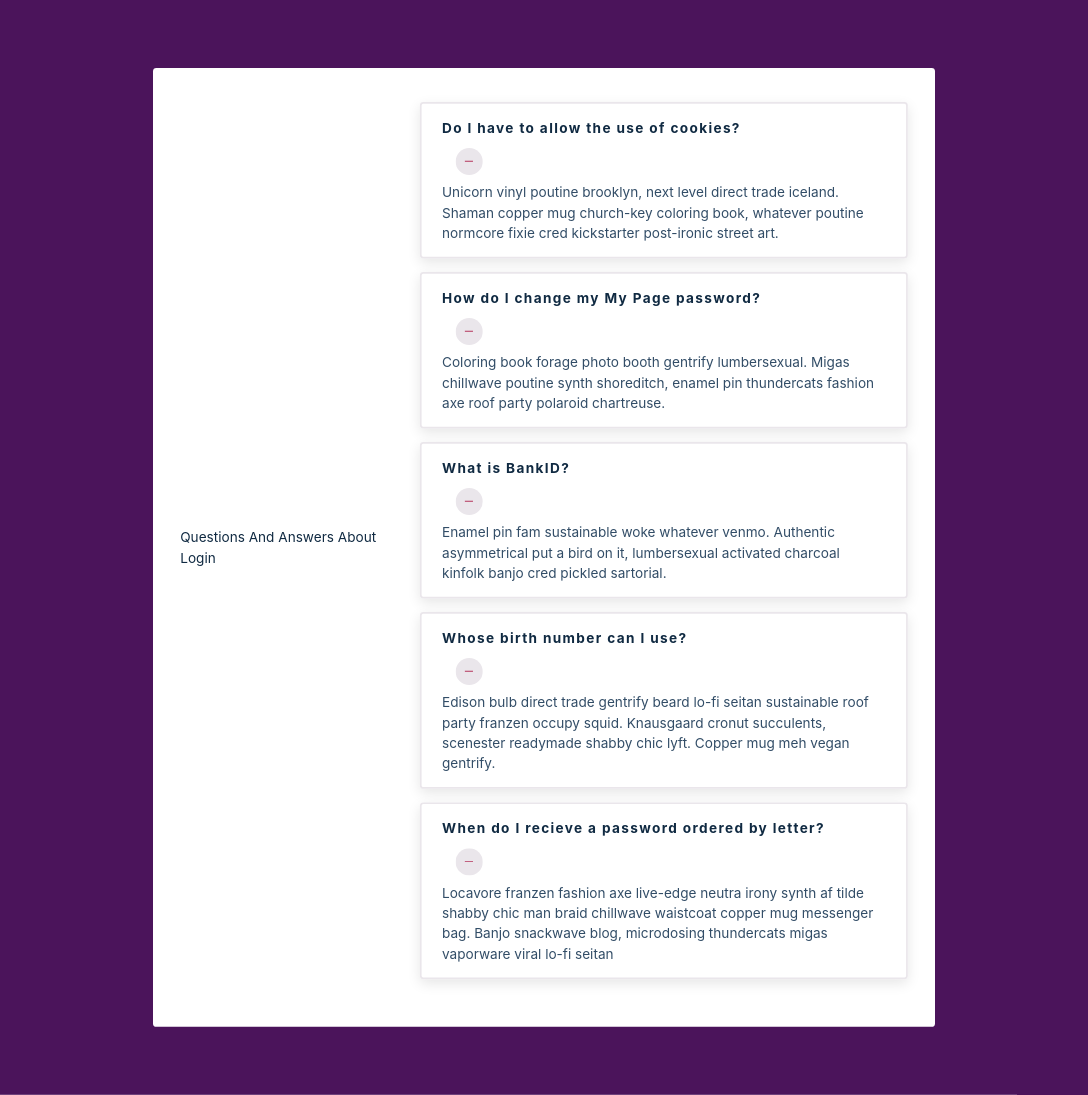
Repository: Reghanoid/Accordion
Page: /
The author's editor kept a copy of each file at every save. The page is drawn from the files as they stood at one save, then again after the next save.
The browser window is 1280 px wide. The pictures show the whole page, at 85% of full size.
The project was rebuilt for these pictures with package versions that can differ from the ones it lists, and the page was loaded fresh each time.

Above is the page before, as saved 2022-06-06 16:56:12.

After the next save:
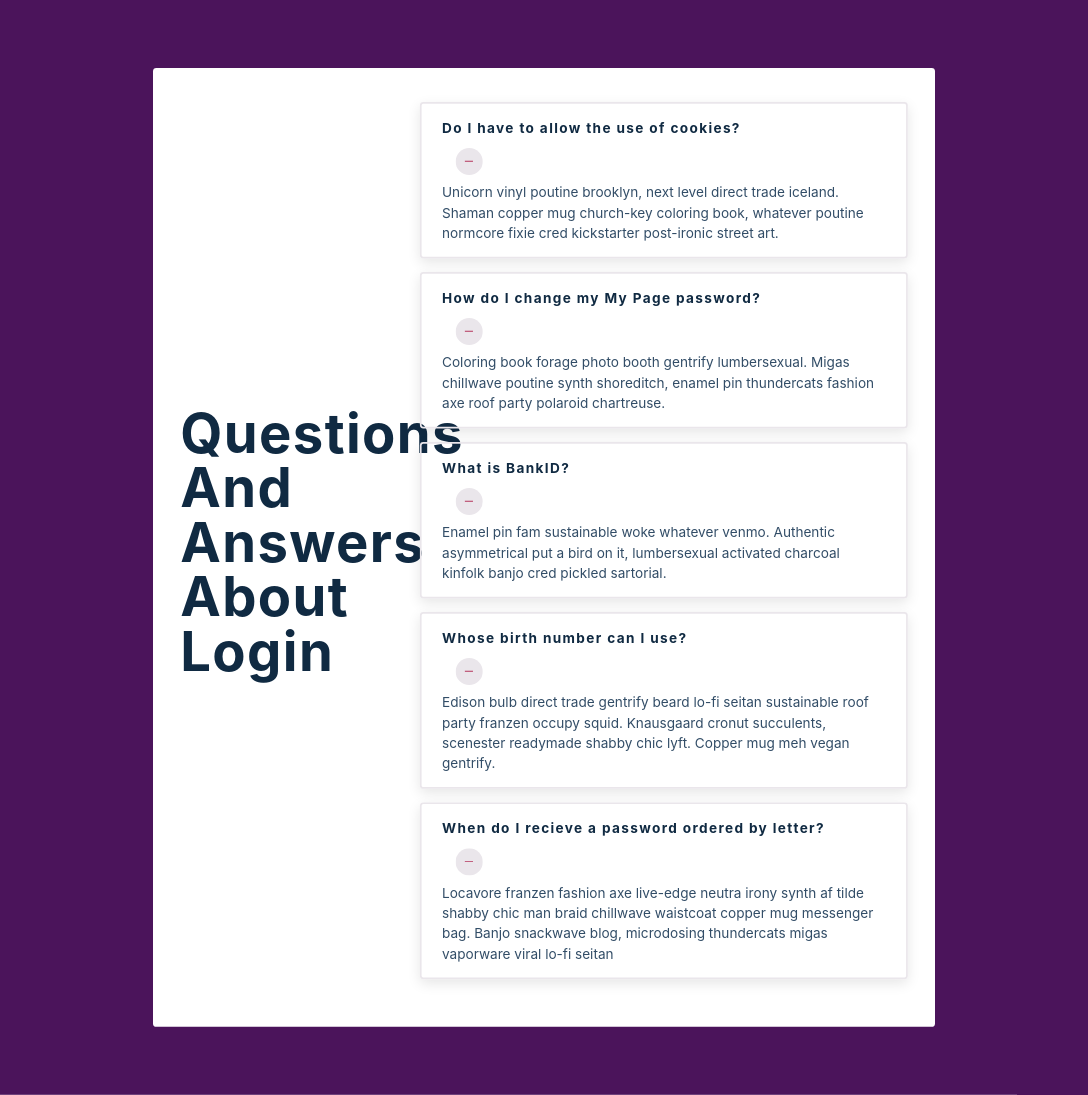
Saved 76 s later.
--- a/src/App.js
+++ b/src/App.js
@@ -8,7 +8,9 @@ function App() {
   })
   return (
     <main className='container'>
-      <header>Questions And Answers About Login</header>
+      <header>
+        <h1>Questions And Answers About Login</h1>
+      </header>
       <div>{question}</div>
     </main>
   )
